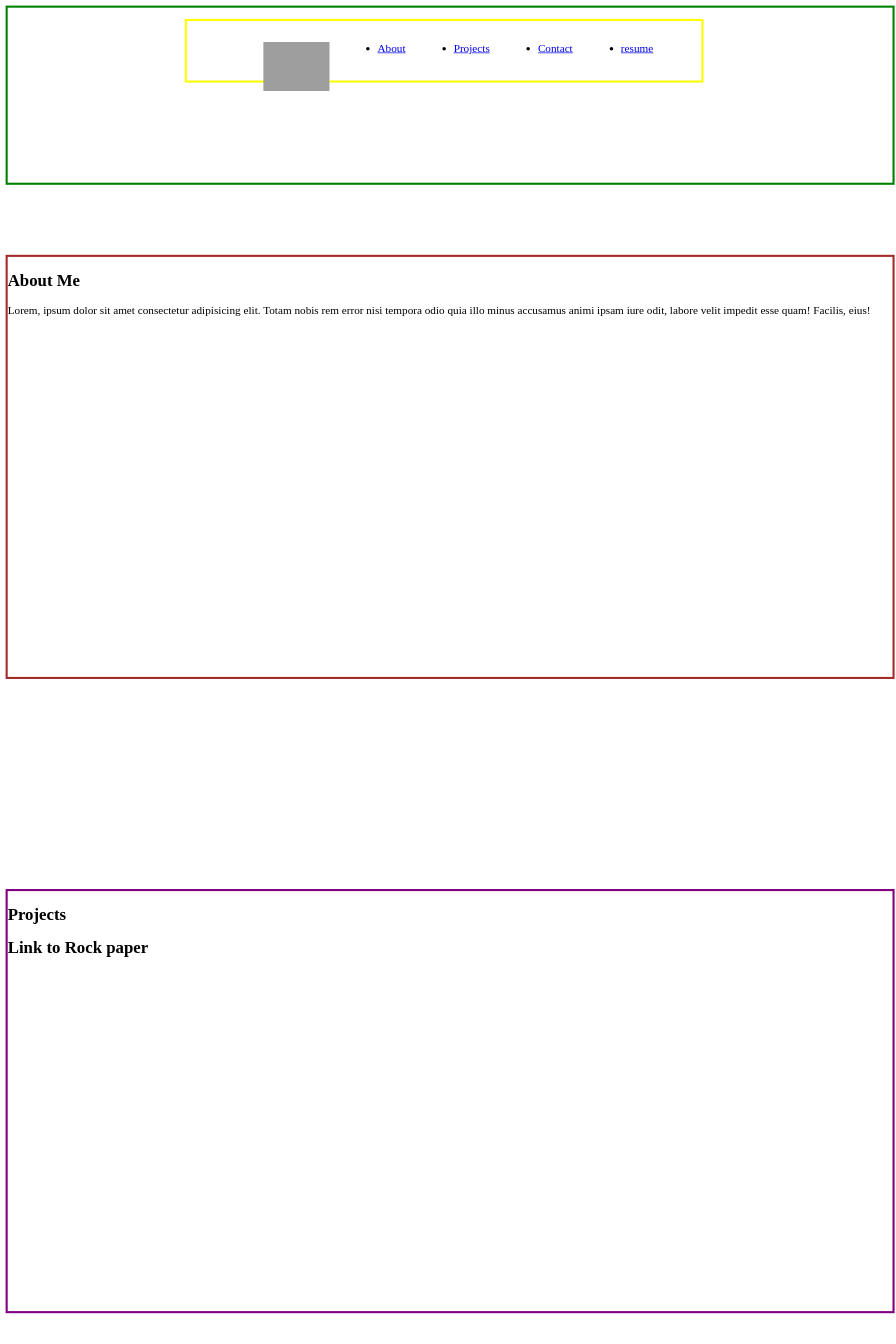
Repository: JohnDunst/projecttwo
Page: /
An editor plug-in stored every save of this project. The page is shown before and after a run of saves, followed by the edit.
The browser window is 1280 px wide. The pictures show the part of the page from y = 0 to 1920 px (the page is 2790 px tall), at 70% of full size.
Pictures or frames that could not be fetched are drawn as grey boxes. The project was rebuilt for these pictures with package versions that can differ from the ones it lists, and the page was loaded fresh each time. Imported but missing from the stored project, and not drawn on this page: src/assets/Dunst Resume.pdf.

Above is the page before, as saved 2023-08-03 23:22:49.

After the next 2 saves:
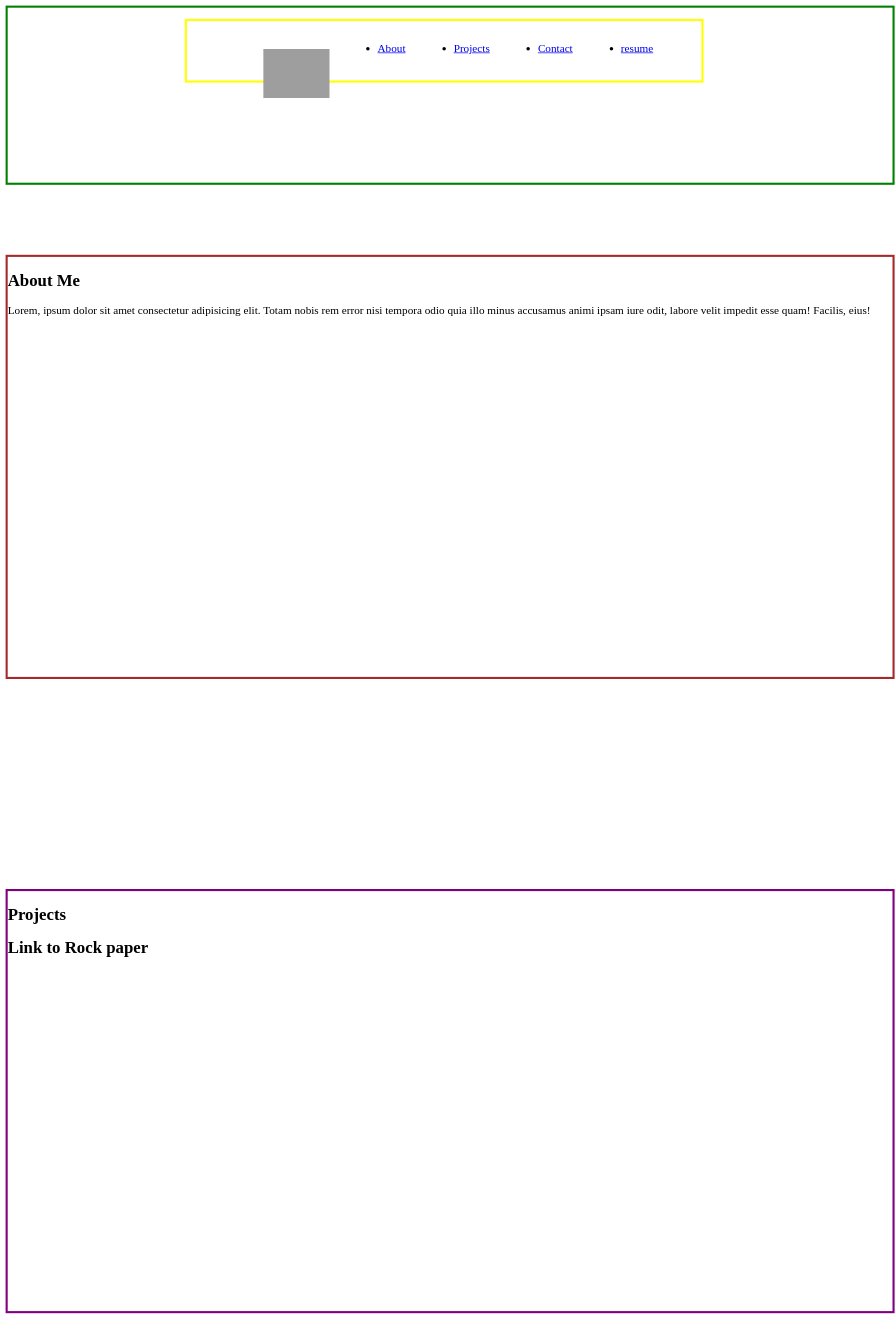
The 2 saves are shown as one change because they came seconds apart.
The last was saved 8 s later.
--- a/src/style.css
+++ b/src/style.css
@@ -53,5 +53,5 @@ padding-top: 30px;
 img{
     max-width: 100%;
     height: auto;
-    padding-bottom: 10px;
+    padding-top: 10px;
 }
